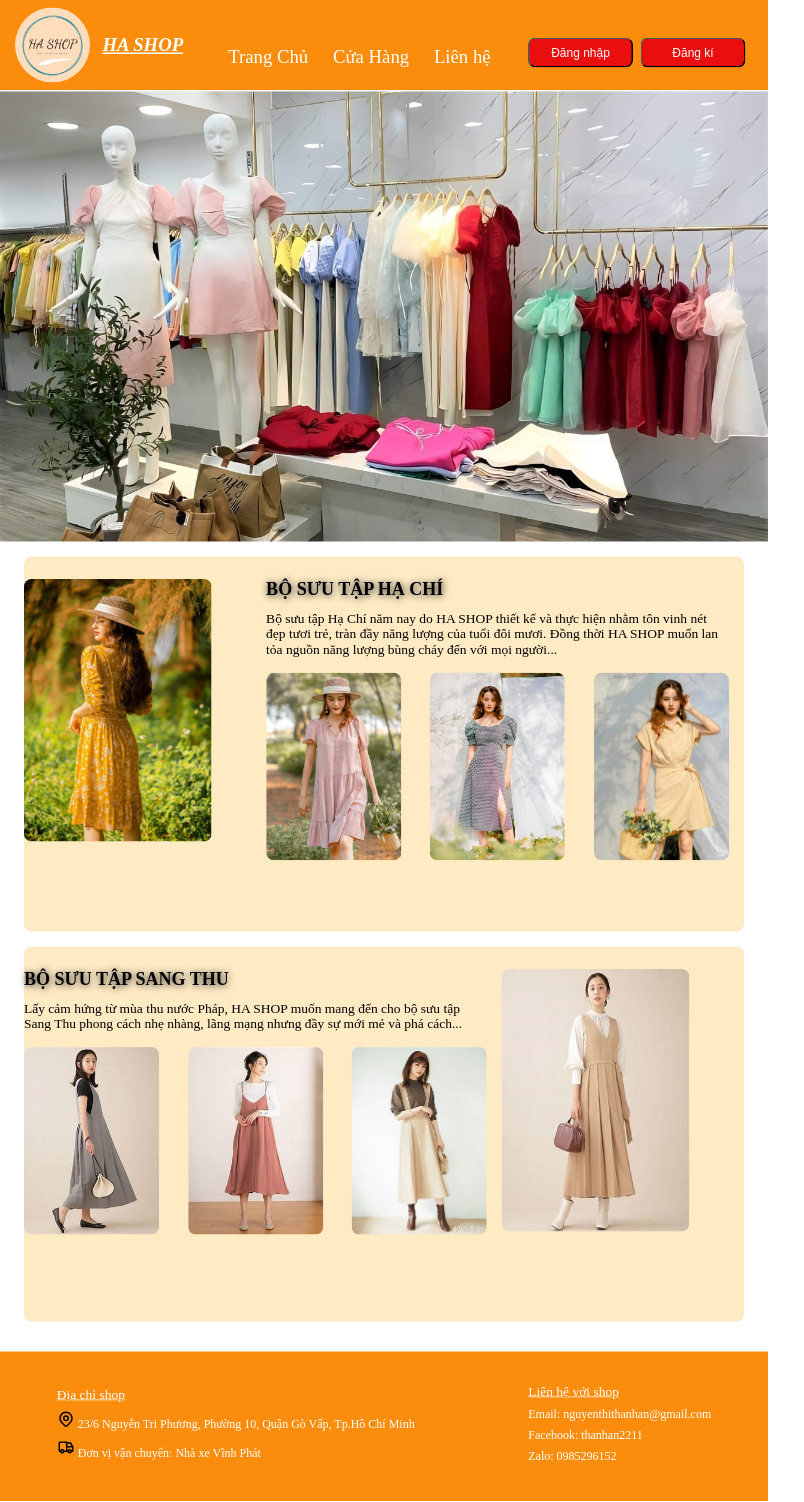
Repository: manhhieu120499/Project_ShopQuanAo
Page: index.html
These files come from the project's save history. The page is drawn as it stood at one moment and after the next save; the edit follows.
The browser window is 1024 px wide. The page is 1024 px wide, then 1072 px, so the pictures cover 1072 px, including what lies to the right of the window. The pictures show the whole page, at 75% of full size.

Above is the page before, as saved 2023-04-07 22:22:53.

After the next save:
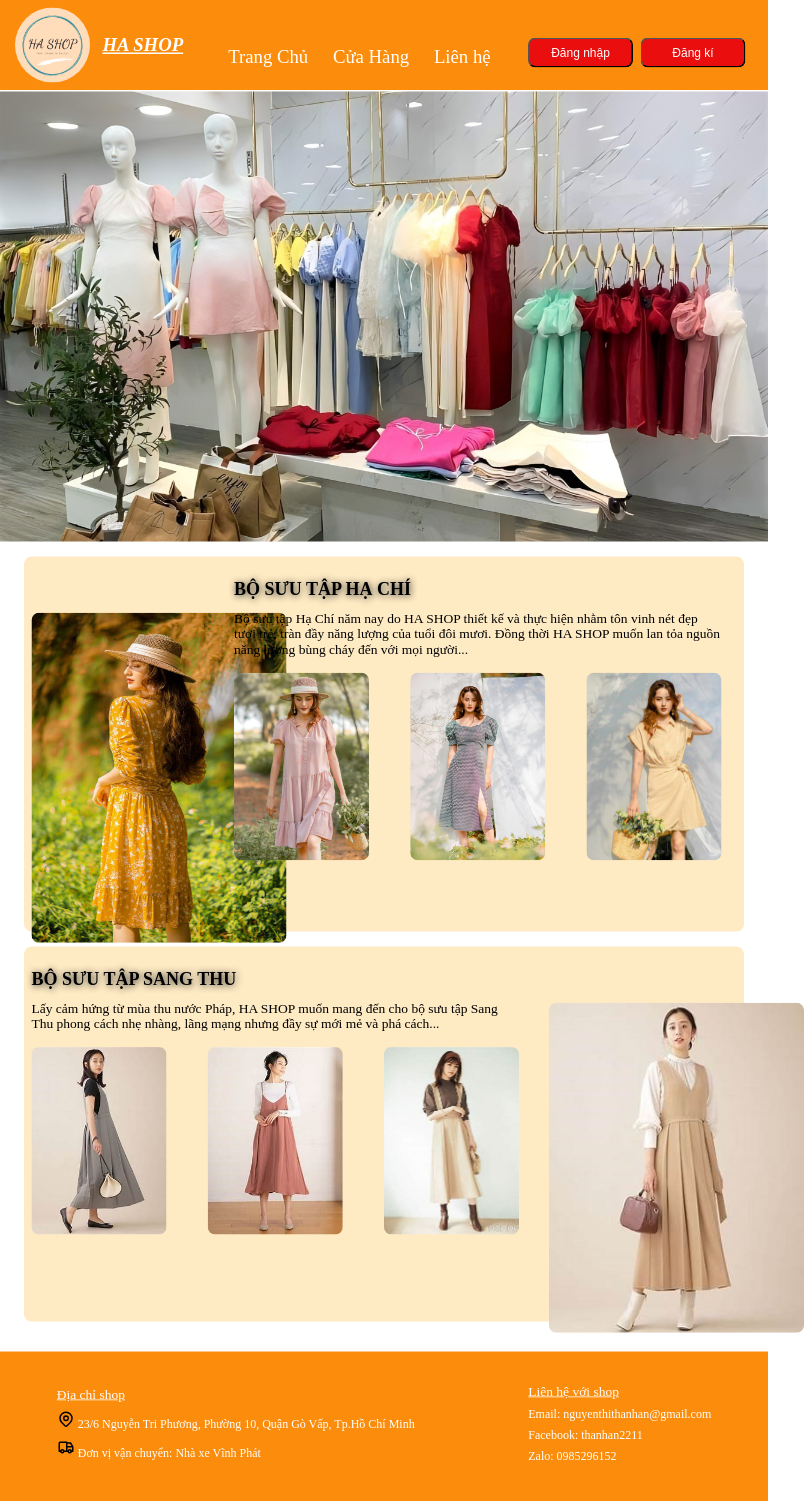
Saved 59 s later.
--- a/responsive/responsive_trangchu.css
+++ b/responsive/responsive_trangchu.css
@@ -13,7 +13,7 @@
         margin-right: 30px;
     }
 
-    .album_one .left_picture img{
+    .album_one .left_picture{
         width: 250px;
         height: 350px;
     }
